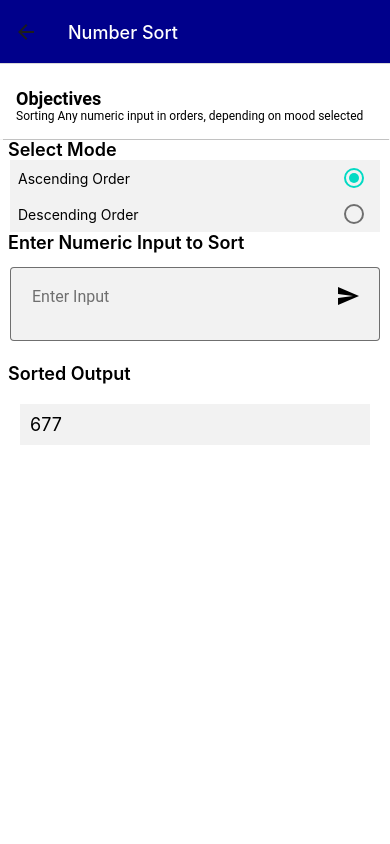
Repository: seyicoded/rn-crazy-algorithm-app
Screen: /Sort_simple_number
An editor plug-in stored every save of this project. The screen is shown before and after the next save, followed by the edit.
The app was drawn by React Native's web renderer in a window 390 px wide. The project was rebuilt for these pictures with package versions that can differ from the ones it lists, and the page was loaded fresh each time. Also part of the build but not shown: src/screens/sort.js, src/screens/filter.js, src/screens/advance.js, src/screens/sorts/Sort_alphabet.js.

Above is the screen before, as saved 2022-03-30 18:15:40.

### App.js
import 'react-native-gesture-handler';
import { StatusBar } from 'expo-status-bar';
import { StyleSheet, Text, View } from 'react-native';
import Main from './src/main'
export default function App() {
  return (
    <View style={styles.container}>
      <Main />
      <StatusBar style="auto" />
    </View>
  );
}

const styles = StyleSheet.create({
  container: {
    flex: 1,
    backgroundColor: '#fff',
  },
});

### src/main.js
import { View, Text } from 'react-native'
import React from 'react'
import {NavigationContainer} from '@react-navigation/native'
import {createStackNavigator} from '@react-navigation/stack'
import Home from './screens/index'
import Sort from './screens/sort'
import Filter from './screens/filter'
import Advance from './screens/advance'
import Sort_simple_number from './screens/sorts/Sort_simple_number'
import Sort_alphabet from './screens/sorts/Sort_alphabet'

const StackNav = createStackNavigator()

export default function Main() {
  return (
    <NavigationContainer>
        <StackNav.Navigator>
            <StackNav.Screen name="Home" options={{headerMode: 'none'}} component={Home} />
            <StackNav.Screen name="Filter" options={{headerMode: 'none'}} component={Filter} />
            <StackNav.Screen name="Sort" options={{headerMode: 'none'}} component={Sort} />
            <StackNav.Screen name="Advance" options={{headerMode: 'none'}} component={Advance} />

            {/* sort aspect */}
            <StackNav.Screen name="Sort_simple_number" options={{title: 'Number Sort', headerStyle: {backgroundColor: 'darkblue', color: 'white'}, headerTitleStyle: {color: 'white'}}} component={Sort_simple_number} />
            <StackNav.Screen name="Sort_alphabet" options={{title: 'Alphabet Sort', headerStyle: {backgroundColor: 'darkblue', color: 'white'}, headerTitleStyle: {color: 'white'}}} component={Sort_alphabet} />
        </StackNav.Navigator>
    </NavigationContainer>
  )
}

### src/screens/index.js
import { View, Text, StyleSheet, FlatList, TouchableOpacity } from 'react-native'
import React, {useState, useEffect, useRef} from 'react'
import Header from '../layout/header'
import { List, Avatar, Card, Title, Paragraph, Button } from 'react-native-paper';

const data = [
    {
        id: 'Sort',
        image: 'https://picsum.photos/700',
        title: 'Sort',
    },
    {
        id: 'Filter',
        image: 'https://picsum.photos/700',
        title: 'Filter',
    },
    {
        id: 'Advance',
        image: 'https://picsum.photos/700',
        title: 'Advance',
    },
]

export default function Index({route, navigation}) {
    const [color, setColor] = useState('darkblue');
    var timer = null;
    var ColorChanger = useRef('darkblue');


    useEffect(()=>{
        timer = setInterval(()=>{
            // console.log('.')
            ColorChanger.current = (ColorChanger.current == 'darkblue') ? 'darkred' : 'darkblue';
            setColor(ColorChanger.current);
        }, 1000);
        return ()=>{
            clearInterval(timer);
        }
    }, [])

    const styles = StyleSheet.create({
        container: {
          flex: 1,
          width: '100%',
          backgroundColor: '#fff',
        },
        header: {
            fontSize: 16,
            textAlign: 'center',
            marginTop: 20,
            marginBottom: 20,
            color: color,
            fontWeight: '700',
        },
        list: {
            width: '100%',
        },
        card: {
            // backgroundColor: 'red',
            margin: 20,
            shadowColor: '#000',
            shadowOffset: { width: 0, height: 2 },
            shadowOpacity: 0.8,
            elevation: 4
        }
    });

    return (
        <View style={styles.container}>
            <Header title="Home" visible={false} navigation={navigation} />
            <Text style={styles.header}>Let's Prep Shall We</Text>

            <FlatList
                data={data}
                style={styles.list}
                renderItem={({ item }) => {
                    return (
                        <TouchableOpacity onPress={() => navigation.navigate(item.id, {title: item.title})}>
                            <Card style={styles.card}>
                                <Card.Cover source={{ uri: item.image }} />
                                {/* <Card.Actions style={{justifyContent: 'center'}}>
                                    <Button onPress={()=>navigation.navigate(item.id)}>{item.title}</Button>

                                </Card.Actions> */}

                                <Card.Content style={{justifyContent: 'center'}}>
                                    <Title style={{textAlign: 'center', marginTop:12, color: 'darkblue'}}>{item.title}</Title>
                                </Card.Content>
                            </Card>
                        </TouchableOpacity>
                    )
                }}
                numColumns={1}
            />

            {/* <Card>
                <Card.Cover source={{ uri: 'https://picsum.photos/700' }} />

                <Card.Content>
                    <Title>Card title</Title>
                </Card.Content>
            </Card> */}

        </View>
    )
}

### src/screens/sorts/Sort_simple_number.js
import { StyleSheet, Text, View, TouchableOpacity, Pressable, Keyboard, ScrollView } from 'react-native'
import React from 'react'
import { Banner, RadioButton, TextInput } from 'react-native-paper';
import {Ionicons} from '@expo/vector-icons'

export default function Sort_simple_number() {
    const [value, setValue] = React.useState('ascending');
    const [unsortedVal, setunsortedVal] = React.useState('');
    const [sortedVal, setsortedVal] = React.useState([6,7,7]);

    const sort = async() => {
        let unsorted = unsortedVal.split('');
        console.log('unsorted', unsorted);
    }

  return (
      <Pressable onPress={()=>{Keyboard.dismiss()}} style={{flex: 1,}}>
        <ScrollView style={styles.container}>
            <Banner
                visible={true}
                actions={[
                ]}
                >
                    <View>
                        <Text style={{fontWeight: '600', fontSize: 18}}>Objectives</Text>
                        <Text />
                        <Text style={{fontSize: 12}}>Sorting Any numeric input in orders, depending on mood selected</Text>
                    </View>
            </Banner>
            <Text />
            <Text style={styles.title_element}>Select Mode</Text>

            <RadioButton.Group onValueChange={newValue => setValue(newValue)} value={value}>
                <TouchableOpacity onPress={()=>setValue('ascending')}>
                    <View style={styles.radio}>
                        <Text>Ascending Order</Text>
                        <RadioButton value="ascending" />
                    </View>
                </TouchableOpacity>
                <TouchableOpacity onPress={()=>setValue('descending')}>
                    <View style={styles.radio}>
                        <Text>Descending Order</Text>
                        <RadioButton value="descending" />
                    </View>
                </TouchableOpacity>
            </RadioButton.Group>

            <Text />
            <Text style={styles.title_element}>Enter Numeric Input to Sort</Text>
            <TextInput
                label='Enter Input'
                mode='outlined'
                style={styles.input}
                value={unsortedVal}
                multiline={true}
                keyboardType='numeric'
                returnKeyType='done'
                right={<TextInput.Icon onPress={()=>sort()} style={{zIndex: 99}} name="send" />}
                onChangeText={text => setunsortedVal(text)}
            />

            <Text />

            {
                sortedVal.length > 0 ?
                <View>
                    <Text style={[styles.title_element, {marginTop: 14}]}>Sorted Output</Text>
                    <Text style={styles.sorted_output}>{sortedVal.join('')}</Text>
                </View>
                :<></>
            }
        </ScrollView>
    </Pressable>
  )
}

const styles = StyleSheet.create({
    container: {
        flex: 1,
        backgroundColor: '#fff',
    },
    title_element: {
        fontWeight: '600',
        fontSize: 18,
        paddingLeft: 8
    },
    radio: {
        flexDirection: 'row',
        justifyContent: 'space-between',
        alignItems: 'center',
        marginHorizontal: 10,
        backgroundColor: 'rgba(0, 0, 0, 0.05)',
        paddingHorizontal: 8,
    },
    input: {
        marginHorizontal: 10,
        marginVertical: 8,
        backgroundColor: 'rgba(0, 0, 0, 0.05)',
        paddingHorizontal: 8,
    },
    sorted_output: {
        margin: 20,
        backgroundColor: 'rgba(0, 0, 0, 0.05)',
        padding: 10,
        fontSize: 18,
    }
})

### src/layout/header.js
import { View, Text } from 'react-native'
import React, {useState, useEffect} from 'react'
import { Appbar } from 'react-native-paper';

export default function Header({title, visible, navigation}) {
    // const [visible, setVisible] = useState(false);

    if(visible){
        return (
            <Appbar.Header style={{backgroundColor: 'darkblue'}}>
                {
                    (visible) ?
                    <Appbar.BackAction onPress={()=>navigation.goBack()} />
                    :<></>
                }
                <Appbar.Content title={title} />
            </Appbar.Header>
          )
    }else{
        return (
            <Appbar.Header style={{backgroundColor: 'darkblue'}}>
                <Appbar.Content title={title} />
            </Appbar.Header>
          )
    }

}

After the next save:
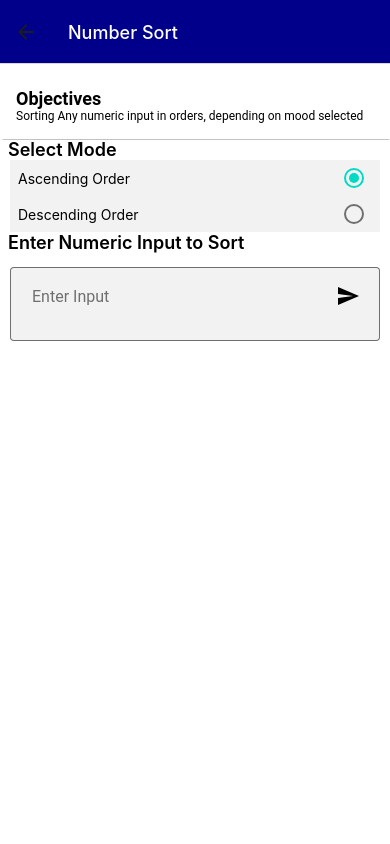
Saved 85 s later.
--- a/src/screens/sorts/Sort_simple_number.js
+++ b/src/screens/sorts/Sort_simple_number.js
@@ -6,11 +6,12 @@ import {Ionicons} from '@expo/vector-icons'
 export default function Sort_simple_number() {
     const [value, setValue] = React.useState('ascending');
     const [unsortedVal, setunsortedVal] = React.useState('');
-    const [sortedVal, setsortedVal] = React.useState([6,7,7]);
+    const [sortedVal, setsortedVal] = React.useState([]);
 
     const sort = async() => {
-        let unsorted = unsortedVal.split('');
+        var unsorted = unsortedVal.split('');
         console.log('unsorted', unsorted);
+        var newArray = [];
     }
 
   return (
